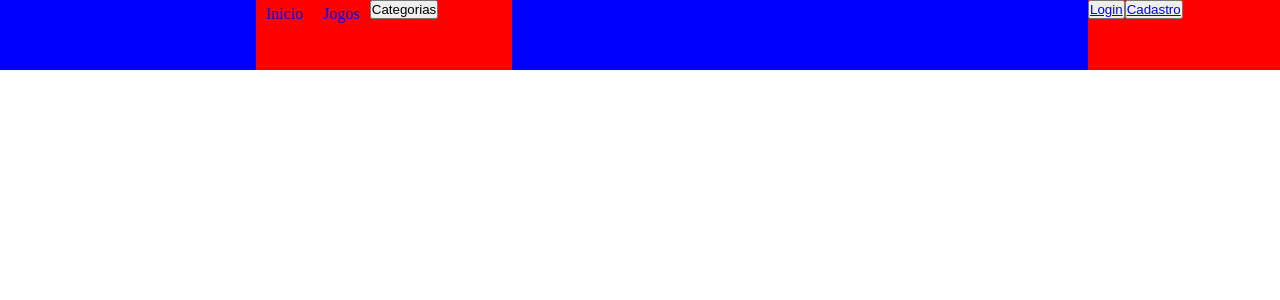
Repository: MarcoantonioCaldeira/Projeto-Go-Gamming
Page: /
These files come from the project's save history. The page is drawn as it stood at one moment and after the next save; the edit follows.
The browser window is 1280 px wide. The pictures show the whole page.
The project was rebuilt for these pictures with package versions that can differ from the ones it lists, and the page was loaded fresh each time. Also part of the build but not shown: src/pages/Inicio/estilo.css, src/pages/rodape/rodape.js, src/pages/Inicio/Inicio.js, src/pages/Jogos/Jogos.js, src/pages/Categorias/Acao.js, src/pages/Categorias/Aventura.js, src/pages/Categorias/Arcades.js, src/pages/Categorias/Familia.js and 7 more.

Above is the page before, as saved 2023-02-05 14:10:36.

### src/App.js
import ReactDOM from "react-dom/client";
import "./fonts/Poppins.ttf";
import { BrowserRouter, Routes, Route } from "react-router-dom";

import Menu from "./pages/Menu/Menu";
import Inicio from "./pages/Inicio/Inicio";

//Categorias
import Jogos from "./pages/Jogos/Jogos";
import Acao from "./pages/Categorias/Acao";
import Aventura from "./pages/Categorias/Aventura";
import Arcades from "./pages/Categorias/Arcades";
import Familia from "./pages/Categorias/Familia";
import Independentes from "./pages/Categorias/Independentes";
import Jogos_RPG from "./pages/Categorias/Jogos_RPG";
import Gratuitos from "./pages/Categorias/Gratuitos";
import Terror from "./pages/Categorias/Terror";
import Suspence from "./pages/Categorias/Suspence";


import Login from "./pages/Login/Login";
import Cadastro from "./pages/Cadastro/Cadastro";

function App() {
  return (
   <BrowserRouter>
    <Routes>
      <Route path="/" element={<Menu />}>
        <Route path="Inicio" element={<Inicio />}/>
        <Route path="jogos" element={< Jogos />}/>
          <Route path="Acao" element={<Acao />}/>
          <Route path="Aventura" element={<Aventura />}/>
          <Route path="Arcades" element={<Arcades />}/>
          <Route path="Familia" element={<Familia />}/>
          <Route path="Independentes" element={<Independentes />}/>
          <Route path="Jogos_RPG" element={<Jogos_RPG />}/>
          <Route path="Gratuitos" element={<Gratuitos />}/>
          <Route path="Terror" element={<Terror />}/>
          <Route path="Suspence" element={<Suspence />}/>
        <Route path="Login" element={<Login />}/>
        <Route path="Cadastro" element={<Cadastro />}/>
      </Route>
    </Routes>
   </BrowserRouter>
  );
}

const root = ReactDOM.createRoot(document.getElementById('root'))
root.render(<App />);
export default App;

### src/pages/Menu/Menu.js
import { Outlet, Link } from "react-router-dom";
import './estilo.css';


const Menu = () => {
  return (
      <>
        <nav id="nav_bar">
          <ul id="menu">
            <li>
              <Link to="./Inicio">Inicio</Link>
            </li>
            <li>
              <Link to="./Jogos">Jogos</Link>
            </li>
            <div class="dropdown" >
              <button class="dropbtn">Categorias</button>
                  <div class="dropdown-content">
                    <a><Link to="./Acao">Ação</Link></a>
                    <a><Link to="./Aventura">Aventura</Link></a>
                    <a><Link to="./Arcades">Arcades</Link></a>
                    <a><Link to="./Familia">Familia</Link></a>
                    <a><Link to="./Independentes">Independetes</Link></a>
                    <a><Link to="./Jogos_RPG">Jogos_RPG</Link></a>
                    <a><Link to="./Gratuitos">Gratuitos</Link></a>
                    <a><Link to="./Terror">Torror</Link></a>
                    <a><Link to="./Suspence">Suspence</Link></a>
                  </div>
            </div>
          </ul>
          <div id="area_cliente">
            <button class="area_cliente_login"><Link to="./Login">Login</Link></button>
            <button class="area_cliente_cadastro"><Link to="./Cadastro">Cadastro</Link></button>
          </div>
        </nav>
        <Outlet />
      </>
  )
};

export default Menu;

### src/pages/Menu/estilo.css

*{
    margin: 0;
    padding: 0;
}

/* a, ul{
    display: inline;
    color: white;
    text-decoration: none !important;
    font-family: Arial;
} */


#nav_bar{
    width: 100%;
    height: 70px;
    background-color: blue;
}


#menu{
    width:20%;
    height: 70px;
    margin-left: 20%;
    background-color: red;
    list-style:none;
}

#nav_bar li{
    position:relative;
    float:left;
}

#nav_bar li a{ text-decoration:none; padding:5px 10px; display:block;}

/* DropDown Button */

.dropdown {
    position: relative;
    display: inline-block;
}


.dropbtn {
    /* background-color: #4CAF50; */
    /* color: white; */
    /* padding: 16px; */
    /* font-size: 16px; */
    /* border: none; */
    /* cursor: pointer; */
}


.dropdown-content {
    display: none;
    position: absolute;
    background-color: #f9f9f9;
    font-weight: 500;
    font-family: 'Montserrat', sans-serif;;
    min-width: 160px;
    box-shadow: 0px 8px 16px 0px rgba(0,0,0,0.2);
    z-index: 1;
  }

  .dropdown-content a {
    color: black;
    padding: 12px 16px;
    text-decoration: none;
    display: block;
  }

  .dropdown-content a:hover {background-color: #f1f1f1}


  .dropdown:hover .dropdown-content {
    display: block;
  }

  /* Area do Cliente */

  #area_cliente{
    position: relative;
    width: 15%;
    margin-left: 85%;
    margin-top: -5.5%;
    height: 70px;
    background-color: red;
  }

Loaded but not shown: public/index.html (common file); src/index.js (common file); src/reportWebVitals.js (common file)

After the next save:
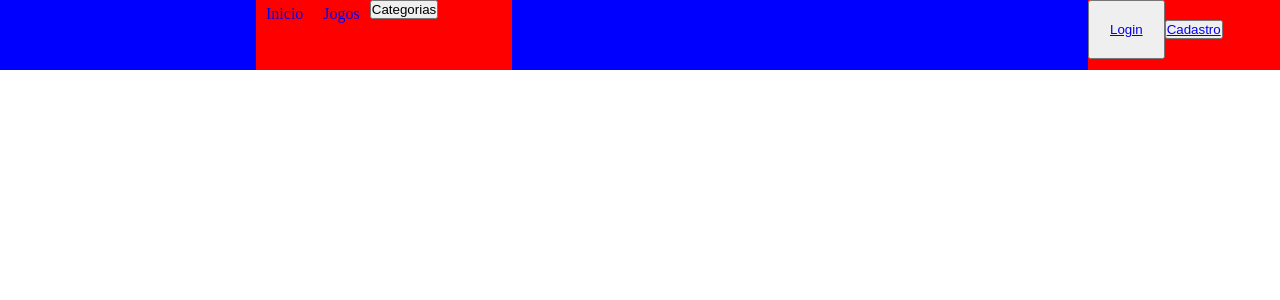
Saved 20 s later.
--- a/src/pages/Menu/estilo.css
+++ b/src/pages/Menu/estilo.css
@@ -87,3 +87,7 @@
     height: 70px;
     background-color: red;
   }
+
+  .area_cliente_login{
+    padding: 20px 20px;
+  }
